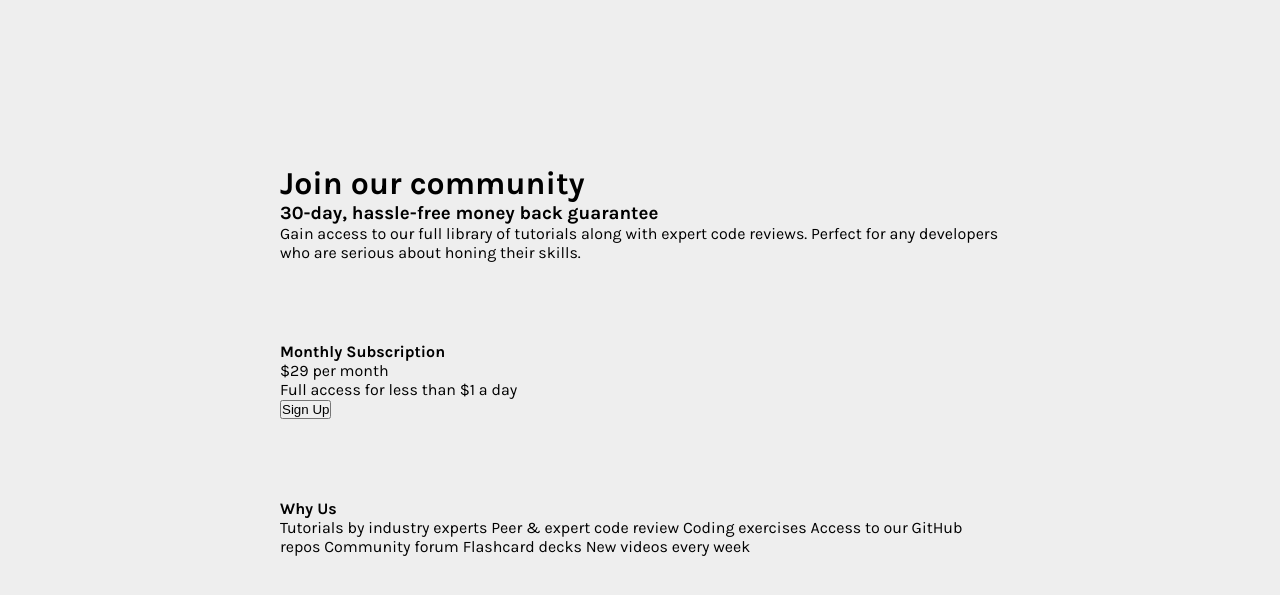
Repository: Akashiii1/WebSingleGrid_Day3
Page: index.html
These files come from the project's save history. The page is drawn as it stood at one moment and after the next save; the edit follows.
The browser window is 1280 px wide. The pictures show the whole page.

Above is the page before, as saved 2021-12-22 00:58:19.

After the next save:
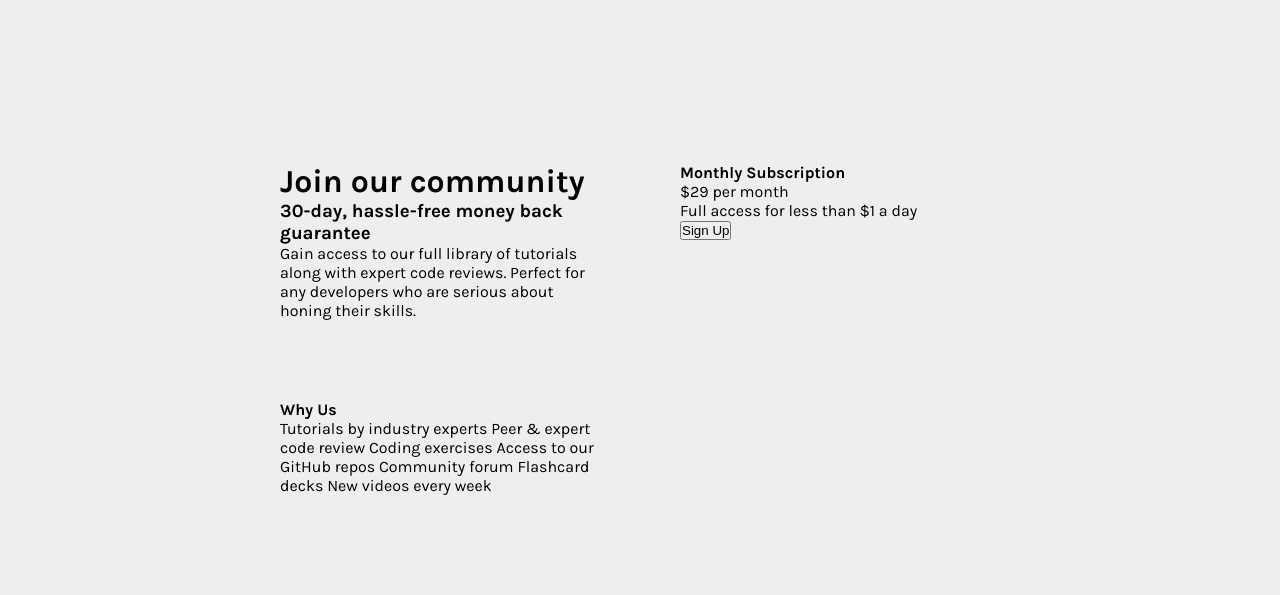
Saved 4 s later.
--- a/style.css
+++ b/style.css
@@ -48,6 +48,12 @@ body{
   max-width: 800px;
 
 }
+.container{
+  display: grid;
+  grid-template-columns:1fr 1fr;
+  grid-template-rows: 1fr 1fr;
+  grid-gap: ;
+}
 .box{
   padding: 40px;
 }
